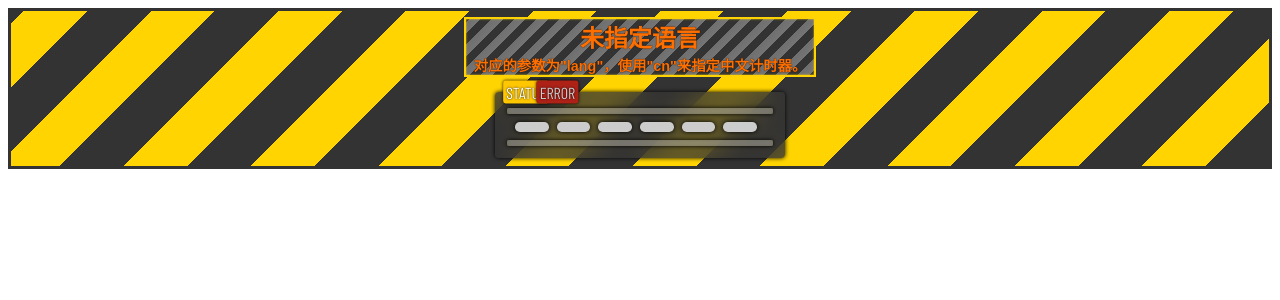
Repository: cirisus/ArknighTimer
Page: timer.html
These files come from the project's save history. The page is drawn as it stood at one moment and after the next save; the edit follows.
The browser window is 1280 px wide. The pictures show the whole page.
Some web fonts or font styles are not loaded; a fallback is used.

Above is the page before, as saved 2024-03-10 13:01:04.

### timer.html
<!DOCTYPE html>
<html>
  <head>
    <meta charset="UTF-8">
    <meta name="description" content="明日方舟同人中文站计时器本体">
    <meta name="keywords" content="arknights,wiki,timer">
    <link rel="stylesheet" href="timer.css">
    <script src="timer.js"></script>
  </head>

  <body>
    <noscript>此程序强依赖于对应的Javascript脚本。</noscript>
    <div id="timer">
      <div id="stuff">
      <h2 id="title"></h2>

      <div id="clock">
      <div id="progress-bar-up" class="progress-bar"><span id="progress-line-up" class="progress-line"><span></div>
        <div id="years-div" class="unit">
          <span id="years" class="unit-value"></span>
          <span id="years-label" class="unit-label"></span>
        </div>

        <div id="months-div" class="unit">
          <span id="months" class="unit-value"></span>
          <span id="months-label" class="unit-label"></span>
        </div>

        <div id="days-div" class="unit">
          <span id="days" class="unit-value"></span>
          <span id="days-label" class="unit-label"></span>
        </div>

        <div id="hours-div" class="unit">
          <span id="hours" class="unit-value"></span>
          <span id="hours-label" class="unit-label"></span>
        </div>

        <div id="minutes-div" class="unit">
          <span id="minutes" class="unit-value"></span>
          <span id="minutes-label" class="unit-label"></span>
        </div>

        <div id="seconds-div" class="unit">
          <span id="seconds" class="unit-value"></span>
          <span id="seconds-label" class="unit-label"></span>
        </div>
        <div id="progress-bar-down" class="progress-bar"><span id="progress-line-down" class="progress-line"><span></div>
        </div>
      </div>
    </div>
  </body>
</html>

### timer.css
@import url('https://fonts.googleapis.com/css2?family=Barlow+Condensed:ital,wght@0,100;0,200;0,300;0,400;0,500;0,600;0,700;0,800;0,900;1,100;1,200;1,300;1,400;1,500;1,600;1,700;1,800;1,900&display=swap');
@font-face {
  font-family: Glow Sans SC_Condensed;
  src: url(https://cdn.jsdelivr.net/gh/cirisus/ArknighTimer/GlowSans/GlowSansSC-Condensed-Medium.woff2);
  font-weight: normal;
  font-style: normal;
}
:root {
  --secondary-accent: 255, 212, 0;
  --scale-2: 51,51,51;
}
body {
  font-family: 'Glow Sans SC_Condensed',Arial, sans-serif;
  text-shadow: 0 0 1px black;
}
#timer {
  display: grid;
  padding: 0.5rem;
  border: 3px solid rgb(var(--scale-2));
  background: repeating-linear-gradient(-45deg, rgb(var(--scale-2)), rgb(var(--scale-2)) 45px, rgb(var(--secondary-accent)) 0, rgb(var(--secondary-accent)) 90px);
}
#stuff {
  display: grid;
  grid-auto-columns: 1fr;
  grid-auto-rows: 1fr;
  grid-template-columns: 1fr;
  grid-template-rows: min-content 1fr;
  gap: 1px 1px;
  grid-template-areas:
    "title"
    "countdown";
}
#title {
  grid-area: title;
  text-align: center;
  margin-block-start: 0;
  margin-block-end: 0;
  background: rgb(var(--scale-2));
  width: fit-content;
  padding: 0 .5rem;
  margin: auto;
    outline: 2px solid #ffd301;
    box-shadow: inset 0 0 2px #ffd400;
    background-image: repeating-linear-gradient(135deg, rgb(var(--scale-2)), rgb(var(--scale-2)) 8px, rgb(111 111 111) 0, rgb(117 117 117) 16px);
    background-size: 500%;
    animation: progress-bar 300s infinite linear;
}
@keyframes progress-bar {
  0% {
    background-position-x: 100%;
  }
  100% {
    background-position: -400%;
  }
}
/*
h2#title:after {
  content: '';
  height: 47px;
  width: 2rem;
  position: absolute;
  transform: translateX(8px);
  background: #333;
  -webkit-clip-path: polygon(60% 0, 100% 50%, 60% 100%, 0 100%, 0 0);
  clip-path: polygon(60% 0, 100% 50%, 60% 100%, 0 100%, 0 0);
}
*/
#clock {
  display: flex;
  width: fit-content;
  justify-content: center;
  align-items: center;
  flex-wrap: wrap;
  grid-area: countdown;
  color: #f3f2ec;
  background-color: rgb(var(--scale-2), .75);
  -webkit-backdrop-filter: blur(1rem);
  backdrop-filter: blur(1rem);
  text-align: center;
  border-radius: 0.25em;
  margin: 1em auto 0;
  padding: 0 .25rem;
  box-shadow: 0 0 4px black;
  box-sizing: border-box;
  &::before {
    content: 'Status';
    font-family: "Barlow Condensed", sans-serif;
    position: absolute;
    display: inline-flex;
    top: 0;
    left: 0;
    width: fit-content;
    height: fit-content;
    border-radius: 0.15em;
    background-color: #ffc700;
    z-index: 1;
    transform: translate(18%,-50%);
    box-shadow: 0 0 3px 0px black;
    padding: 2px 3px;
    align-items: center;
    color: white;
    text-shadow: 0 0 2px black;
    text-transform: uppercase;
  }
  &::after {
    content: attr(data-status);
    font-family: "Barlow Condensed", sans-serif;
    position: absolute;
    display: inline-flex;
    top: 0;
    left: 0;
    width: fit-content;
    height: fit-content;
    border-radius: 0.15em;
    z-index: 1;
    transform: translate(100%,-50%);
    box-shadow: 0 0 3px 0px black;
    padding: 2px 3px;
    align-items: center;
    text-shadow: 0 0 2px black;
    text-transform: uppercase;
  }
}
#clock[data-status="running"]::after {
  background-color: #16663e;
  color: #ccc;
}
#clock[data-status="expired"]::after {
  background-color: #ffcc00;
  color: #ccc;
}
#clock[class="hidden"]::after {
  content: 'error';
  background-color: #ad2117;
  color: #ccc;
}
.progress-bar {
  display: flex;
  position: relative;
  height: 6px;
  background-color: #e5e5e55f;
  width: 100%;
  margin: 1rem 0.5rem 0;
  border-radius: 2px;
  box-shadow: 0 0 4px black, inset 0 0 4px #746f57;
}
.progress-bar:last-child {
  margin: 0 .5rem .75rem
}
.progress-line {
  height: 100%;
  background-color: #4CAF50;
  border-radius: 2px;
  display: inline-flex;
  width: 0%;
  position: absolute;
}
.unit {
  display: inline-flex;
  margin: 0.5em 0;
  justify-content: center;
  align-items: center;
}

.unit-value {
  font-family: "Barlow Condensed", sans-serif;
  font-size: 2em;
  color: #333;
  background-color: #ccc;
  border-radius: 0.15em;
  padding: 0.15em;
  box-shadow: 0 0 5px black;
  min-width: 1.5rem
}

.unit-label {
  font-size: 1.5em;
  padding: 0 .25rem;
}

/* Basic utility classes */
.hidden {
  display: none;
}

.error {
  color: rgb(255, 111, 0);
  animation: none;
}
.error-secondary {
  font-size: 0.6em;
}
.progress {
  color: #f3f2ec;
}

.finished {
  color: #fff28e;
  animation: none;
}

### timer.js
// Constants
var SECONDS_MS = 1000;
var MINUTES_MS = SECONDS_MS * 60;
var HOURS_MS = MINUTES_MS * 60;
var DAYS_MS = HOURS_MS * 24;

var SECONDS_ENUM = 0;
var MINUTES_ENUM = 1;
var HOURS_ENUM = 2;
var DAYS_ENUM = 3;
var MONTHS_ENUM = 4;
var YEARS_ENUM = 5;

// Initialization errors are only in English unfortunately.
function setError(primary, secondary = null) {
  var titleElement = document.getElementById('title');
  titleElement.classList.add('error');
  titleElement.innerText = primary;

  var clockElement = document.getElementById('clock');
  clockElement.classList.add('hidden');

  if (secondary) {
    var messageElement = document.createElement('div');
    messageElement.classList.add('error-secondary');
    messageElement.innerText = secondary;
    titleElement.appendChild(messageElement);
  }
}

// Localization
function getMessage(language, messageKey) {
  var translations = {
    // English
    'en': {
      'timer-description': 'Timer expiring at',
      'timer-progress': 'This timer will expire in',
      'timer-finished': 'This timer has been expired since',
      'years': 'years',
      'months': 'months',
      'days': 'days',
      'hours': 'hours',
      'minutes': 'minutes',
      'seconds': 'seconds',
    },

    // French
    'fr': {
      'timer-description': 'Fin du compte à rebours à',
      'timer-progress': 'Ce compte à rebours se terminera dans',
      'timer-finished': 'Ce compte à rebous est terminé depuis',
      'years': 'ans',
      'months': 'mois',
      'days': 'jours',
      'hours': 'heures',
      'minutes': 'minutes',
      'seconds': 'secondes',
    },

    // Pig Latin
    'pig': {
      'timer-description': 'Imertay expiringyay atyay',
      'timer-progress': 'Isthay imertay illway expireyay inyay',
      'timer-finished': 'Isthay imertay ashay eenbay expiredyay incesay',
      'years': 'earsyay',
      'months': 'onthsmay',
      'days': 'aysday',
      'hours': 'ourshay',
      'minutes': 'inutesmay',
      'seconds': 'econdssay',
    },

    // Spanish
    'es': {
      'timer-description': 'El temporizador finaliza en',
      'timer-progress': 'El temporizador finalizará en',
      'timer-finished': 'El temporizador ha finalizado desde hace',
      'years': 'años',
      'months': 'meses',
      'days': 'días',
      'hours': 'horas',
      'minutes': 'minutos',
      'seconds': 'segundos',
    },

    // Vietnamese
    'vi': {
      'timer-description': 'Đồng hồ kết thúc vào',
      'timer-progress': 'Đồng hồ sẽ kết thúc trong',
      'timer-finished': 'Đồng hồ này đã kết thúc kể từ',
      'years': 'năm',
      'months': 'tháng',
      'days': 'ngày',
      'hours': 'giờ',
      'minutes': 'phút',
      'seconds': 'giây',
    },

    // Simplified Chinese
    'cn': {
      'timer-description': '此计时器将过期于：',
      'timer-progress': '此计时器将过期于：',
      'timer-finished': '此计时器已过期：',
      'years': '年',
      'months': '月',
      'days': '日',
      'hours': '时',
      'minutes': '分',
      'seconds': '秒',
    },
  };

  // Special case:
  // The 'test' language just echoes the message key back out.
  if (language === 'test') {
    return messageKey;
  }

  // Get message based on language
  var messages = translations[language];
  if (!messages) {
    setError('暂无此语言的计时器 ' + language);
    return null;
  }

  var message = messages[messageKey];
  if (!message) {
    setError('无效的参数' + messageKey);
    return null;
  }

  return message;
}

function insertCSS(styling) {
  var head = document.head || document.getElementsByTagName('head')[0];
  var style = document.createElement('style');

  style.type = 'text/css';
  style.appendChild(document.createTextNode(styling));
  head.appendChild(style);
}

function getDaysInFebruary(startYear) {
  return (startYear % 4 === 0 && startYear % 100 !== 0)
    || startYear % 400 === 0 ? 29 : 28;
}

function elapsedData(targetTime) {
  var now = new Date();
  var elapsed = now - targetTime;

  if (elapsed >= 0) {
    // Date is in the past
    return {
      elapsed: elapsed,
      finished: true,
      startTime: targetTime,
      endTime: now,
    };
  } else {
    // Date is in the future
    return {
      elapsed: -elapsed,
      finished: false,
      startTime: now,
      endTime: targetTime,
    };
  }
}

// Based on https://stackoverflow.com/a/49201872
// Calculate differences greater than a day.
function dateDiff(startDate, endDate) {
  // Trim sub-day differences to avoid 0.8 days from rounding up.
  var diff = endDate - startDate;
  diff -= Math.floor(diff % DAYS_MS);
  endDate = new Date(startDate.getTime() + diff);

  // Get month data
  var february = getDaysInFebruary(startDate.getFullYear());
  var daysInMonth = [31, february, 31, 30, 31, 30, 31, 31, 30, 31, 30, 31];

  var yearDiff = endDate.getFullYear() - startDate.getFullYear();
  var monthDiff = endDate.getMonth() - startDate.getMonth();
  if (monthDiff < 0) {
    yearDiff--;
    monthDiff += 12;
  }

  var dayDiff = endDate.getDate() - startDate.getDate();
  if (dayDiff < 0) {
    if (monthDiff > 0) {
      monthDiff--;
    } else {
      yearDiff--;
      monthDiff = 11;
    }

    dayDiff += daysInMonth[startDate.getMonth()];
  }

  return {
    years: yearDiff,
    months: monthDiff,
    days: dayDiff,
  };
}

// Calculate difference in time, in all units
function timeRemaining(targetTime) {
  var data = elapsedData(targetTime);

  // Differences > 1 day
  var dateDiffs = dateDiff(data.startTime, data.endTime);
  var years = dateDiffs.years;
  var months = dateDiffs.months;
  var days = dateDiffs.days;

  // Differences < 1 day
  var elapsed = Math.floor(data.elapsed % DAYS_MS);

  var hours = Math.floor(elapsed / HOURS_MS);
  elapsed = Math.floor(elapsed % HOURS_MS);

  var minutes = Math.floor(elapsed / MINUTES_MS);
  elapsed = Math.floor(elapsed % MINUTES_MS);

  var seconds = Math.floor(elapsed / SECONDS_MS);
  elapsed = Math.floor(elapsed % MINUTES_MS);

  // Get highest unit present
  var highest;
  if (years > 0) {
    highest = YEARS_ENUM;
  } else if (months > 0) {
    highest = MONTHS_ENUM;
  } else if (days > 0) {
    highest = DAYS_ENUM;
  } else if (hours > 0) {
    highest = HOURS_ENUM;
  } else if (minutes > 0) {
    highest = MINUTES_ENUM;
  } else {
    highest = SECONDS_ENUM;
  }

  return {
    years: years,
    months: months,
    days: days,
    hours: hours,
    minutes: minutes,
    seconds: seconds,
    finished: data.finished,
    highest: highest,
  };
}

function setTimerField(language, field, value) {
  var visible = value !== null;

  if (visible) {
    document.getElementById(field).innerText = value;
  }

  setTimerFieldVisibility(field, visible);
}

function setTimerFieldVisibility(field, visible) {
  var element = document.getElementById(field + '-div');

  if (visible) {
    element.classList.remove('hidden');
  } else {
    element.classList.add('hidden');
  }
}
function createTimer(language, startTime, targetTime, progressMessage, finishedMessage) {
  progressMessage = progressMessage || getMessage(language, 'timer-progress');
  finishedMessage = finishedMessage || getMessage(language, 'timer-finished');

  // Update routine, to invoke every second
  var timerFields = [
    ['years', YEARS_ENUM, 1],
    ['months', MONTHS_ENUM, 1],
    ['days', DAYS_ENUM, 1],
    ['hours', HOURS_ENUM, 2],
    ['minutes', MINUTES_ENUM, 2],
    ['seconds', SECONDS_ENUM, 2],
  ];

  // Initial application of field labels
  for (var i = 0; i < timerFields.length; i++) {
    var field = timerFields[i][0];
    document.getElementById(field + '-label').innerText = getMessage(language, field);
  }
  function updateProgressBar(startTimestamp, targetTime) {
      var remaining = timeRemaining(targetTime);
      var now = new Date();
      var startTime = new Date(startTimestamp);
      var elapsed = now - startTime;

      // Calculate total and remaining time in seconds
      var totalTime = elapsed / 1000;
      var remainingTime = remaining.years * DAYS_MS * 365
        + remaining.months * DAYS_MS * 30
        + remaining.days * DAYS_MS
        + remaining.hours * HOURS_MS
        + remaining.minutes * MINUTES_MS
        + remaining.seconds;

      // Calculate progress as a percentage
      var progress = 100 - (remainingTime / totalTime * 100);

      // Set progress line
      var progressLines = document.getElementsByClassName('progress-line');
      for (var i = 0; i < progressLines.length; i++) {
        progressLines[i].style.width = progress + '%';
      }
    }

  function updateTimer() {
    var now = new Date();
    var remaining = timeRemaining(targetTime);

    // Set title message
    var titleElement = document.getElementById('title');

    if (now < startTime) {
      titleElement.innerText = "此计时器尚未开始";
      titleElement.classList = ['unstarted'];
      document.getElementById('clock').setAttribute('data-status', 'unstarted');
    } else if (remaining.finished) {
      titleElement.innerText = finishedMessage;
      titleElement.classList = ['finished'];
      document.getElementById('clock').setAttribute('data-status', 'expired');
    } else {
      titleElement.innerText = progressMessage;
      titleElement.classList = ['progress'];
      document.getElementById('clock').setAttribute('data-status', 'running');
    }

    // Set individual timer fields
    for (var i = 0; i < timerFields.length; i++) {
      var field = timerFields[i][0];
      var fieldEnum = timerFields[i][1];
      var padWidth = timerFields[i][2];

      // If the value is to be shown, then display it.
      // Ensure digits are padded to the appropriate width.
      var value = remaining.highest >= fieldEnum
        ? String(remaining[field]).padStart(padWidth, '0')
        : null;

      setTimerField(language, field, value);
    }
  }
    // Determine update interval based on highest unit of time
    var initialRemaining = timeRemaining(targetTime);
    var updateInterval = MINUTES_MS; // default to update every minute

    if (initialRemaining.highest === HOURS_ENUM || initialRemaining.highest === MINUTES_ENUM || initialRemaining.highest === SECONDS_ENUM) {
      updateInterval = SECONDS_MS; // update every second if the highest unit is minute or second
    }
  // Set title.
  // Since this is meant to be used as an iframe, setting it every tick is pointless.
  document.title = getMessage(language, 'timer-description') + ' ' + targetTime;

  // Configure timer to run regularly.
  updateTimer();
  updateProgressBar(startTime, targetTime);
  var updateTimerInterval = setInterval(updateTimer, 1000);
  var updateProgressBarInterval = setInterval(function() { updateProgressBar(startTime, targetTime); }, updateInterval);

  document.addEventListener('visibilitychange', function() {
    if (document.hidden) {
      clearInterval(updateTimerInterval);
      clearInterval(updateProgressBarInterval);
    } else {
      updateTimerInterval = setInterval(updateTimer, 1000);
      updateProgressBarInterval = setInterval(function() { updateProgressBar(startTime, targetTime); }, updateInterval);
    }
  });
}

function setup() {
  // Get parameters
  var url = new URL(window.location.href);
  var parameters = new URLSearchParams(url.search);
  var language = parameters.get('lang');
  var startTimestamp = parameters.get('start');
  var timestamp = parameters.get('time');
  var progressMessage = parameters.get('progress');
  var finishedMessage = parameters.get('finished');
  var styling = parameters.get('style'); // allows custom CSS to be injected

  // Check parameters
  if (!language) {
    setError('未指定语言', '对应的参数为"lang"，使用"cn"来指定中文计时器。');
    return;
  }

  if (!startTimestamp) {
    setError('未设置开始时间','对应的参数是"start"，可以使用UNIX时间戳或ISO时间字符串。');
    return;
  }

  var startTime;
  if (/^\d+(\.\d+)?$/.exec(startTimestamp)) {
    startTime = new Date(parseFloat(startTimestamp) * 1000);
  } else {
    startTime = new Date(startTimestamp);
    if (isNaN(startTime)) {
      setError('无效开始时间戳', startTimestamp);
      return;
    }
  }

  if (!timestamp) {
    setError('未设置结束时间','对应的参数是"time"，可以使用UNIX时间戳或ISO时间字符串。');
    return;
  }

  var targetTime;
  if (/^\d+(\.\d+)?$/.exec(timestamp)) {
    targetTime = new Date(parseFloat(timestamp) * 1000);
  } else {
    targetTime = new Date(timestamp);
    if (isNaN(targetTime)) {
      setError('无效结束时间戳', timestamp);
      return;
    }
  }

  // Insert custom CSS, if any
  if (styling !== null) {
    insertCSS(styling);
  }

  // Initialize clock
  createTimer(language, startTime, targetTime, progressMessage, finishedMessage);
}

setTimeout(setup, 5);

After the next save:
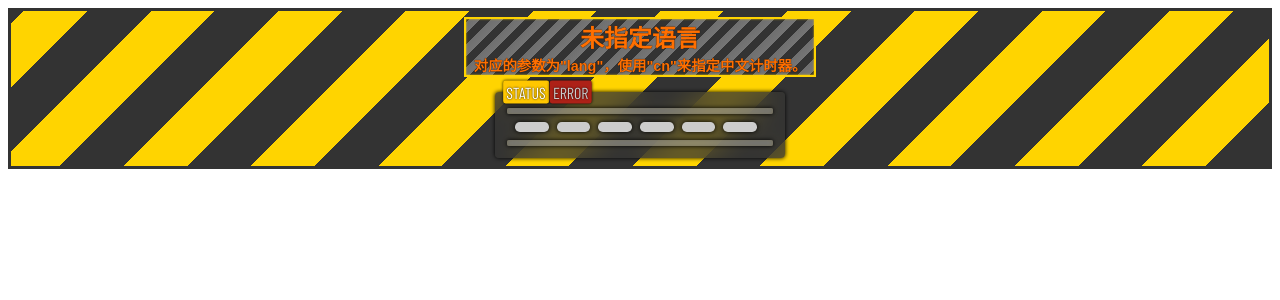
Saved 4 min 32 s later.
--- a/timer.css
+++ b/timer.css
@@ -53,18 +53,6 @@
     background-position: -400%;
   }
 }
-/*
-h2#title:after {
-  content: '';
-  height: 47px;
-  width: 2rem;
-  position: absolute;
-  transform: translateX(8px);
-  background: #333;
-  -webkit-clip-path: polygon(60% 0, 100% 50%, 60% 100%, 0 100%, 0 0);
-  clip-path: polygon(60% 0, 100% 50%, 60% 100%, 0 100%, 0 0);
-}
-*/
 #clock {
   display: flex;
   width: fit-content;
@@ -129,10 +117,15 @@
   background-color: #ffcc00;
   color: #ccc;
 }
+#clock[data-status="expired"]::after {
+  background-color: #002864;
+  color: #ccc;
+}
 #clock[class="hidden"]::after {
   content: 'error';
   background-color: #ad2117;
   color: #ccc;
+  transform: translate(132%,-50%);
 }
 .progress-bar {
   display: flex;
@@ -190,6 +183,10 @@
 .error-secondary {
   font-size: 0.6em;
 }
+.unstarted {
+  color: rgb(255, 111, 0);
+  animation: none;
+}
 .progress {
   color: #f3f2ec;
 }
